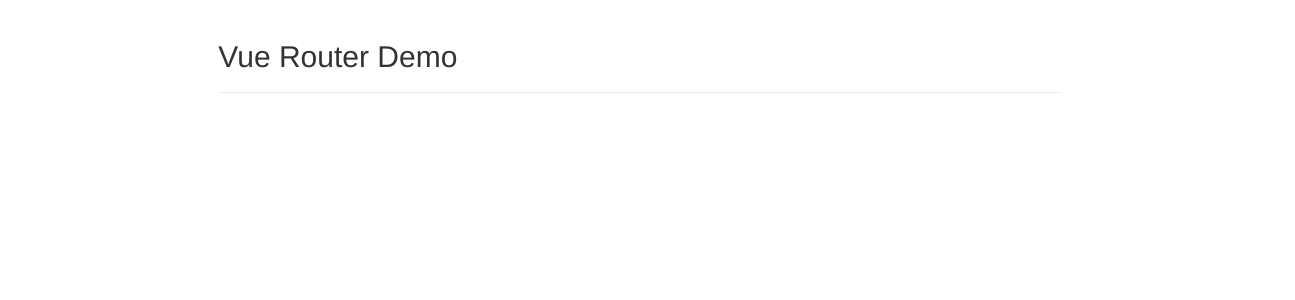
Repository: ldqml/vue.test
Page: /#/home/message (app in router/)
These files come from the project's save history. The page is drawn as it stood at one moment and after the next save; the edit follows.
The browser window is 1280 px wide. The page is 1295 px wide, so the pictures cover 1295 px, including what lies to the right of the window. The pictures show the whole page.
The project was rebuilt for these pictures with package versions that can differ from the ones it lists, and the page was loaded fresh each time. Also part of the build but not shown: router/vue.config.js.

Above is the page before, as saved 2022-08-27 15:38:59.

### router/public/index.html
<!DOCTYPE html>
<html lang="">
  <head>
    <meta charset="utf-8">
    <meta http-equiv="X-UA-Compatible" content="IE=edge">
    <meta name="viewport" content="width=device-width,initial-scale=1.0">
    <link rel="icon" href="<%= BASE_URL %>favicon.ico">
    <link rel="stylesheet" href="<%= BASE_URL %>bootstrap.min.css">
    <title><%= htmlWebpackPlugin.options.title %></title>
  </head>
  <body>
    <noscript>
      <strong>We're sorry but <%= htmlWebpackPlugin.options.title %> doesn't work properly without JavaScript enabled. Please enable it to continue.</strong>
    </noscript>
    <div id="app"></div>
    <!-- built files will be auto injected -->
  </body>
</html>

### router/src/App.vue
<template>
   <div>
    <div class="row">
      <div class="col-xs-offset-2 col-xs-8">
        <div class="page-header">
          <h2>Vue Router Demo</h2>
        </div>
      </div>
    </div>
    <div class="row">
      <div class="col-xs-2 col-xs-offset-2">
        <div></div>
      </div>
      <div>
        <div>
          <div>

          </div>
        </div>
      </div>
    </div>
   </div>
</template>

<script>

export default {
  name: 'App',
  components: {

  }
}
</script>

<style>

</style>

Loaded but not shown: router/src/main.js (common file); router/public/bootstrap.min.css (library)

After the next save:
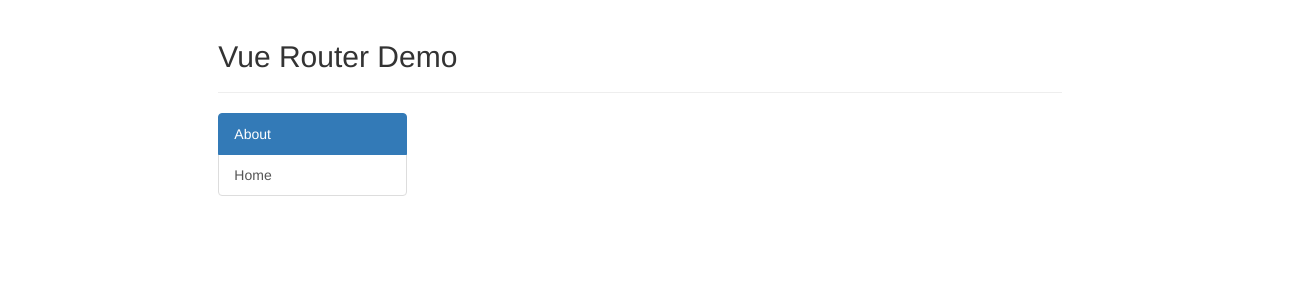
Saved 2 min 33 s later.
--- a/router/src/App.vue
+++ b/router/src/App.vue
@@ -9,7 +9,10 @@
     </div>
     <div class="row">
       <div class="col-xs-2 col-xs-offset-2">
-        <div></div>
+        <div class="list-group">
+          <a class="list-group-item active" href="">About</a>
+          <a class="list-group-item" href="">Home</a>
+        </div>
       </div>
       <div>
         <div>
